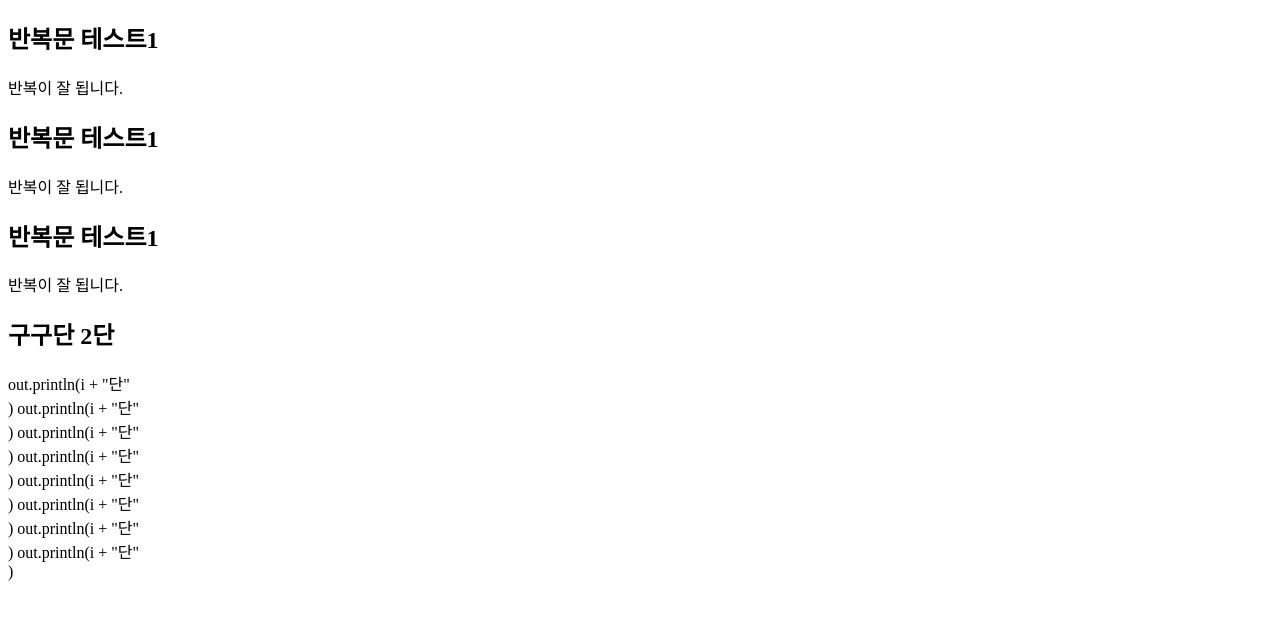
Repository: Kimhwawon/jsp_practice
Page: http://localhost/JSPBasic/JspTag/Scriptlet.jsp
The author's editor kept a copy of each file at every save. The page is drawn from the files as they stood at one save, then again after the next save.
The browser window is 1280 px wide. The pictures show the whole page.
The page is served by Tomcat 9.

Above is the page before, as saved 2022-01-28 02:37:17.

### JSPBasic/src/main/webapp/JspTag/Scriptlet.jsp
<%@ page language="java" contentType="text/html; charset=UTF-8"
    pageEncoding="UTF-8"%>
<!DOCTYPE html>
<html>
<head>
<meta charset="UTF-8">
<title>Insert title here</title>
</head>
<body>
	<!-- 스크립트릿 내부에는 자바 코드를 작성할 수 있으며
	이 코드를 반영해 페이지가 구성됩니다.  -->
	<% for(int i = 0; i < 3; i++){ %>
		<h2>반복문 테스트1</h2>
		<p>
			반복이 잘 됩니다.
		</p>
	<% } %>

	<!-- 하단에 구구단 코드를 작성해주세요.
	System.out.prinln() 이 괄호 내 구문을 콘솔에 찍히게 해줬다면
	out.println()은 html화면에 괄호 내 구문을 콘솔에 찍히게 해줍니다.
	(javascript의 document.write()와 같은 역할 )-->
	<h2>구구단 2단</h2>
	<% for(int i = 2; i <= 9; i++){ %>
		out.println(i + "단"</br>)

	<% } %>
</body>
</html>

After the next save:
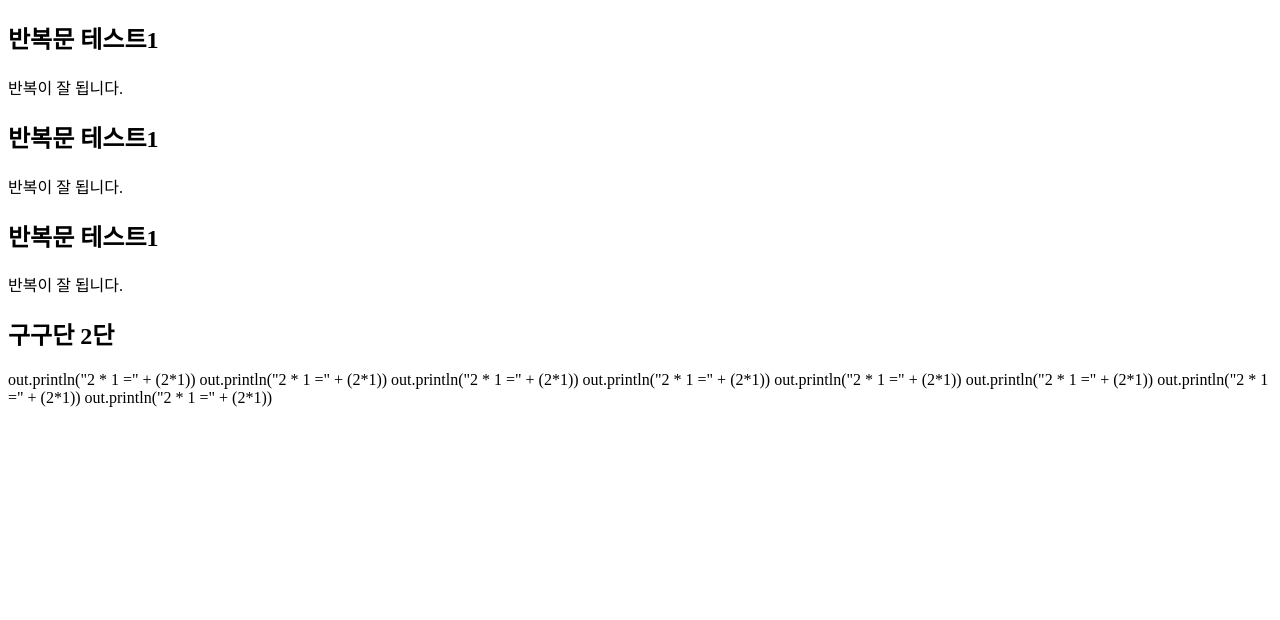
Saved 2 min 31 s later.
--- a/JSPBasic/src/main/webapp/JspTag/Scriptlet.jsp
+++ b/JSPBasic/src/main/webapp/JspTag/Scriptlet.jsp
@@ -22,7 +22,8 @@
 	(javascript의 document.write()와 같은 역할 )-->
 	<h2>구구단 2단</h2>
 	<% for(int i = 2; i <= 9; i++){ %>
-		out.println(i + "단"</br>)
+		out.println("2 * 1 =" + (2*1))
+
 
 	<% } %>
 </body>
